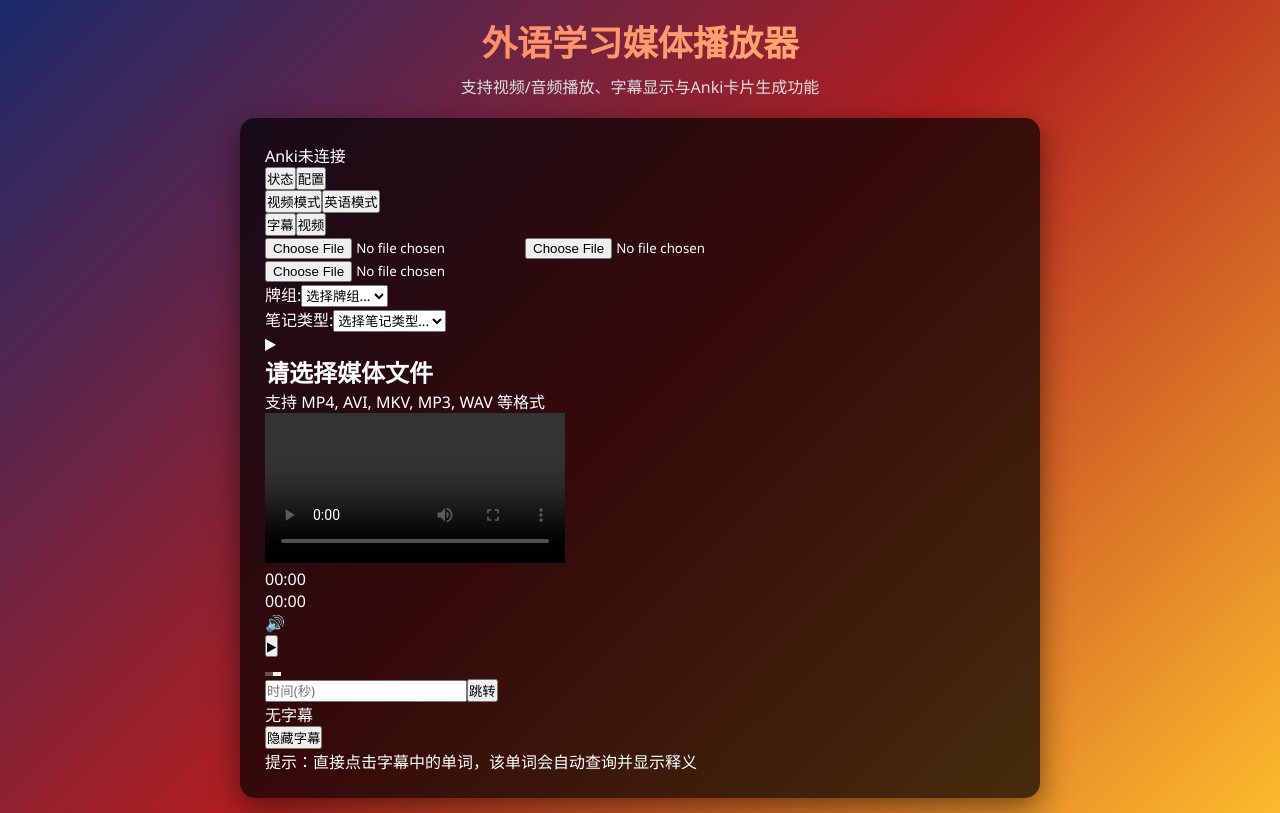
Repository: FantasyzeroXYZ/test-html
Page: /
An editor plug-in stored every save of this project. The page is shown before and after the next save, followed by the edit.
The browser window is 1280 px wide. The pictures show the whole page.
The project was rebuilt for these pictures with package versions that can differ from the ones it lists, and the page was loaded fresh each time. Also part of the build but not shown: vite.config.ts, src/components/DictionaryPanel.tsx, src/components/SubtitleListPanel.tsx, src/hooks/useDictionary.js.

Above is the page before, as saved 2025-11-03 19:50:45.

After the next save:
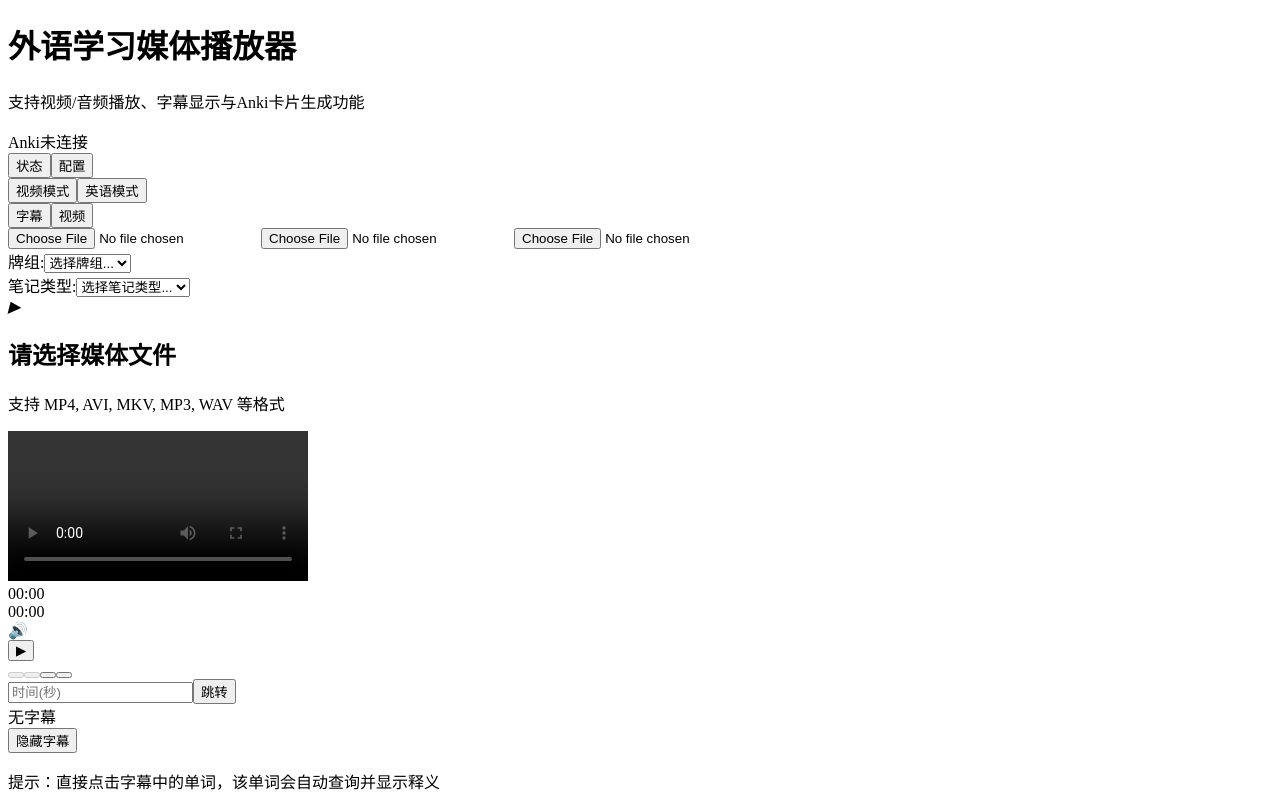
Saved 3 min 3 s later.
--- a/src/styles/App.css
+++ b/src/styles/App.css
@@ -1,72 +1,15 @@
-/* 这里放置主要的CSS样式 - 将原HTML中的样式转换到这里 */
-/* 由于样式很长，我会提供关键部分，完整样式可以逐步迁移 */
-
-* {
-  margin: 0;
-  padding: 0;
-  box-sizing: border-box;
-  font-family: 'Segoe UI', Tahoma, Geneva, Verdana, sans-serif;
-}
-
-body {
-  background: linear-gradient(135deg, #1a2a6c, #b21f1f, #fdbb2d);
-  color: #fff;
-  min-height: 100vh;
-  padding: 15px;
-  display: flex;
-  flex-direction: column;
-  align-items: center;
-  overflow-x: hidden;
-}
-
-.container {
-  max-width: 800px;
-  width: 100%;
-  background: rgba(0, 0, 0, 0.7);
-  border-radius: 15px;
-  padding: 20px;
-  box-shadow: 0 10px 30px rgba(0, 0, 0, 0.5);
-  margin-top: 15px;
-}
-
-header {
-  text-align: center;
-  margin-bottom: 20px;
-}
-
-h1 {
-  font-size: 1.8rem;
-  margin-bottom: 8px;
-  background: linear-gradient(to right, #ff7e5f, #feb47b);
-  -webkit-background-clip: text;
-  -webkit-text-fill-color: transparent;
-}
-
-.subtitle {
-  color: #ddd;
-  font-size: 1rem;
-}
-
-/* 更多样式... 将原HTML中的CSS逐步迁移到这里 */
-
-/* 响应式设计 */
-@media (min-width: 768px) {
-  .container {
-    padding: 25px;
-  }
-
-  h1 {
-    font-size: 2.2rem;
-  }
-}
-
-/* 移动端适配 */
-@media (max-width: 767px) {
-  .container {
-    padding: 15px;
-  }
-
-  h1 {
-    font-size: 1.6rem;
-  }
-}
+<!doctype html>
+<html lang="en">
+  <head>
+    <meta charset="UTF-8" />
+    <link rel="icon" type="image/svg+xml" href="/vite.svg" />
+    <meta name="viewport" content="width=device-width, initial-scale=1.0" />
+    <title>外语学习媒体播放器</title>
+    <!-- 添加 Font Awesome 图标 -->
+    <link rel="stylesheet" href="https://cdnjs.cloudflare.com/ajax/libs/font-awesome/6.4.0/css/all.min.css">
+  </head>
+  <body>
+    <div id="root"></div>
+    <script type="module" src="/src/main.jsx"></script>
+  </body>
+</html>
